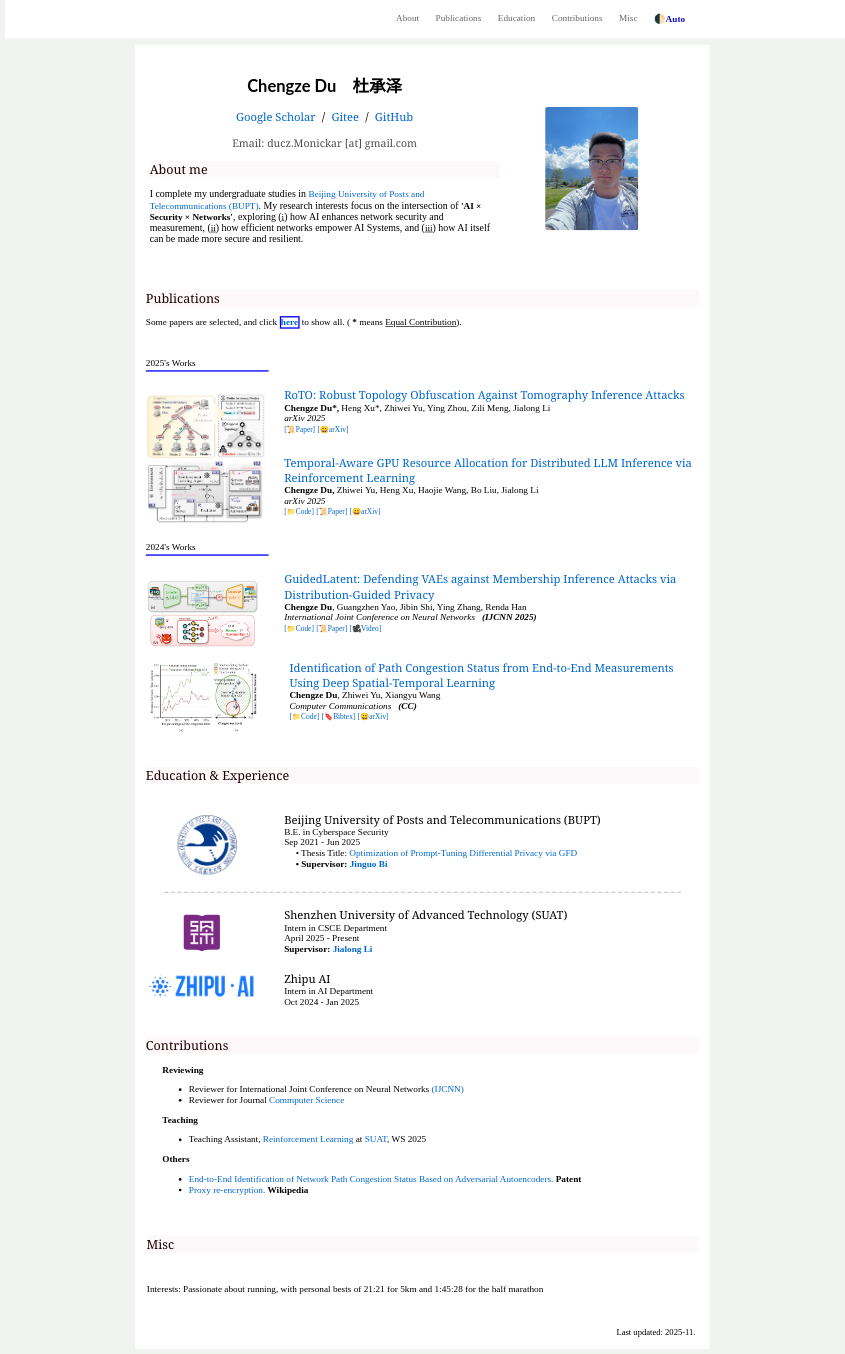
Repository: Monickar/Monickar.github.io
Page: index.html
These files come from the project's save history. The page is drawn as it stood at one moment and after the next save; the edit follows.
The browser window is 1280 px wide. The pictures show the whole page, at 66% of full size.

Above is the page before, as saved 2025-11-07 09:18:42.

### index.html
<!DOCTYPE HTML>
<html lang="en">
  <head>
    <meta http-equiv="Content-Type" content="text/html; charset=UTF-8">

    <title>Chengze's Homepage</title>

    <meta name="author" content="Chengze Du">
    <meta name="viewport" content="width=550px, initial-scale=1.0">
    <link rel="shortcut icon" href="./images/IMG_1936.JPG" type="image/x-icon" style="border-radius: 50%;"> <!-- 添加favicon 圆形-->
    <link rel="stylesheet" type="text/css" href="styles.css">
    <style>

      /* * {
        font-family: Cambria, Georgia, serif;

      } */
      * {
        font-size: 14px;

      }


    </style>
  </head>


  <body class="bodycolor">
    <!-- 导航栏 -->
    <nav class="navbar" >
      <div class="nav-container">
        <a href="#" class="nav-brand"> </a>
        <div class="nav-links">
          <a href="#about">About</a>
          <a href="#pub">Publications</a>
          <a href="#education">Education</a>
          <a href="#contributions">Contributions</a>
          <a href="#misc">Misc</a>
          <a id="darkToggle" style="color: rgb(12, 12, 193); font-weight: bolder;">Mode🌓</a>

        </div>
      </div>
    </nav>

    <!-- 原有内容开始 -->
    <table id="about" style="width:100%; background:#FFFFFF; max-width:870px;border:0px;border-spacing:0px;border-collapse:separate;margin-right:auto;margin-left:auto;"><tbody>
      <tr style="padding:0px">
        <td style="padding:0px">
          <table style="width:100%;border:0px;border-spacing:0px;border-collapse:separate;margin-right:auto;margin-left:auto;"><tbody>
            <tr style="padding:0px">
              <td style="padding:2.5%;width:60%;vertical-align:middle">

                <p class="name" style="text-align: center; font-size: 25px;">
                  Chengze Du &ensp;  杜承泽
                </p>

                <p style="text-align:center; font-size: 18px; font-family: Georgia">
                  <a href="https://scholar.google.com/citations?hl=zh-CN&user=y4ty-f4AAAAJ" class="papertitle">Google Scholar</a> &nbsp;/&nbsp;
                  <a href="https://gitee.com/monickar" class="papertitle">Gitee</a> &nbsp;/&nbsp;
                  <a href="https://github.com/Monickar" class="papertitle">GitHub</a>
                </p>

                <p style="text-align:center; font-size: 16px; font-family: Cambria; color: rgb(80, 80, 80);">
                Email: ducz.Monickar [at] gmail.com
                </p>
                <h2 class="subtitle">About me</h2>

                <p style="font-size: 15px;"> I complete my undergraduate studies in <a href="https://www.bupt.edu.cn/">Beijing University of Posts and Telecommunications (BUPT)</a>.
                  My research interests focus on the intersection of <strong>'AI <strong>×</strong> Security <strong>×</strong> Networks'</strong>, exploring (<u>i</u>) how AI enhances network security and measurement, (<u>ii</u>) how efficient networks empower AI Systems, and (<u>iii</u>) how AI itself can be made more secure and resilient.

                </p>
              </td>
              <td style="padding:5.5%; width:31%; max-width:37%; padding-top:10%;">
                <a href="https://ccfddl.com/"><img style="width:70%; max-width:70%;object-fit: cover; border-radius: 2%;" alt="profile photo" src="images/chengze.jpg" class="hoverZoomLink"></a>
              </td>
            </tr>
          </tbody></table>


      <table id="pub" style="width:100%;border:0px;border-spacing:0px;border-collapse:separate;margin-right:auto;margin-left:auto;"><tbody>
          <tr>
          <td style="padding:16px;width:100%;vertical-align:middle">
            <h2 class="subtitle">Publications</h2>
            <p>
             Some papers are selected, and click <strong><a href="FullPaperList.html" class="text-with-border">here</a></strong> to show all.
              ( <strong>*</strong> means <u>Equal Contribution</u>).
            </p>
             <!-- Some works are <span class="highlight">highlighted</span>.  -->
          </td>
        </tr>
      </tbody></table>
      <table style="width:100%;border:0px;border-spacing:0px;border-collapse:separate;margin-right:auto;margin-left:auto;"><tbody>


      <!-- 2025 分隔符 -->
      <td style="padding:16px; width:25%; vertical-align:middle; margin-top: 2px;">
        <span class="year">2025's Works</span>
        <div style="height: 2px; background-color: blue; margin-top: 2px;"></div>
      </td>

      <tr >
        <td style="padding:16px;width:25%;vertical-align:top">
          <div class="one">
            <img src="images/RoTO-1.png" class="top" alt="SecureNT alternate" width="180" height="100">
            <img src="images/RoTO-2.png" class="bottom" alt="SecureNT" style="width:180px; height:65px;">
          </div>
        </td>
        <td style="padding:8px;width:80%; vertical-align:top">
          <a href="https://arxiv.org/abs/2508.12852">
        <span class="papertitle">RoTO: Robust Topology Obfuscation Against Tomography Inference Attacks</span>
          </a>
          <br>
          <strong>Chengze Du*,</strong>
          Heng Xu*,
          Zhiwei Yu,
          Ying Zhou,
          Zili Meng,
          Jialong Li

          <br>
          <em>arXiv  2025</em>
          <br>
          <!-- <a href="" style="font-size: 0.8em;">[📁Code]</a> -->
          <a href="https://arxiv.org/pdf/2508.12852" style="font-size: 0.8em;">[📜Paper]</a>
          <a href="https://arxiv.org/abs/2508.12852" style="font-size: 0.8em;">[😀arXiv]</a>
          <p></p>
        </td>
      </tr>



      <tr >
        <td style="padding:16px;width:20%;vertical-align:top">
          <div class="one">
            <img src="images/gpu_infer_component.png" class="top" alt="SecureNT alternate" width="180" height="100">
            <img src="images/tcc_intro.png" class="bottom" alt="SecureNT" style="width:180px; height:90px;">
          </div>
        </td>
        <td style="padding:8px;width:80%; vertical-align:middle">
          <a href="https://arxiv.org/abs/2507.10259">
        <span class="papertitle">Temporal-Aware GPU Resource Allocation for Distributed LLM Inference via Reinforcement Learning</span>
          </a>
          <br>
          <strong>Chengze Du,</strong>
          Zhiwei Yu,
          Heng Xu,
          Haojie Wang,
          Bo Liu,
          Jialong Li

          <br>
          <em>arXiv  2025</em>
          <br>
          <a href="https://gitee.com/Monickar/OT4GpuInference" style="font-size: 0.8em;">[📁Code]</a>
          <a href="https://arxiv.org/pdf/2507.10259" style="font-size: 0.8em;">[📜Paper]</a>
          <a href="https://arxiv.org/abs/2507.10259" style="font-size: 0.8em;">[😀arXiv]</a>
          <p></p>

        </td>
      </tr>


      <!-- 2024 分隔符 -->
      <td style="padding:16px; width:20%; vertical-align:middle; margin-top: 2px;">
        <span class="year">2024's Works</span>
        <div style="height: 2px; background-color: blue; margin-top: 2px;"></div>
      </td>

      <tr >
        <td style="padding:16px;width:20%;vertical-align:top">
          <div class="one">
            <img src="images/anti-vae.png" class="top" alt="SecureNT alternate" width="170" height="110">
            <img src="images/vae-anti-mia.png" class="bottom" alt="SecureNT" style="width:170px; height:85px;">
          </div>
        </td>
        <td style="padding:8px;width:80%; vertical-align:top">
          <a href="">
        <span class="papertitle">GuidedLatent: Defending VAEs against Membership Inference Attacks via Distribution-Guided Privacy
          </a>
          <br>
          <strong>Chengze Du</strong>,
                  Guangzhen Yao,
                  Jibin Shi,
                  Ying Zhang,
                  Renda Han
          <br>
          <em>International Joint Conference on Neural Networks <strong>&nbsp (IJCNN 2025)</strong></em>
          <br>
          <a href="https://anonymous.4open.science/r/VAE-Anti-MIA-DB1A/README.md" style="font-size: 0.8em;">[📁Code]</a>
          <a href="./files/IJCNN_2025.pdf" style="font-size: 0.8em;">[📜Paper]</a>
          <!-- <a href="./files/" style="font-size: 0.8em;">[😀arXiv]</a> -->
          <a href="https://vimeo.com/1095995168" style="font-size: 0.8em;">[🎥Video]</a>
          <!-- <a href="https://arxiv.org/abs/2412.10762" style="font-size: 0.8em;">[📄Poster]</a> -->
          <br>
          <br>
        </td>
      </tr>




    <tr>
      <td style="padding:16px;width:20%;vertical-align:top">
          <div class="one">
            <img src="images/CC_1.png" class="top" alt="SecureNT alternate" width="170" height="110">
            <img src="images/AAE-LSTM.png" class="bottom" alt="SecureNT" style="width:170px; height:110px;">
          </div>
      </td>
      <td style="padding:16px;width:70%;vertical-align:top">
        <a href="https://www.sciencedirect.com/science/article/pii/S0140366425001513">
          <span class="papertitle">Identification of Path Congestion Status from End-to-End Measurements Using Deep Spatial-Temporal Learning</span>
        </a>
        <br>
        <strong>Chengze Du</strong>,
        Zhiwei Yu, Xiangyu Wang
        <br>
        <em>Computer Communications  &nbsp <strong>(CC)</strong> </em>
        <br>
        <a href="https://github.com/Monickar/ACS" style="font-size: 0.8em;">[📁Code]</a>
        <a href="./Bibtex/CC_NT_2025.txt" style="font-size: 0.8em;">[🔖Bibtex]</a>
        <a href="https://arxiv.org/abs/2412.10762" style="font-size: 0.8em;">[😀arXiv]</a>
      </td>
    </tr>

          </tbody></table>

          <table style="width:100%;border:0px;border-spacing:0px;border-collapse:separate;margin-right:auto;margin-left:auto;"><tbody>
            <tr>
            <td style="padding:16px;width:100%;vertical-align:middle">
              <h2 class="subtitle">Education & Experience</h2>
            </td>
          </tr>
        </tbody></table>

        <!-- 教育经历 -->
        <table id="education" style="width:100%;border:0px;border-spacing:0px;border-collapse:separate;margin-right:auto;margin-left:auto;"><tbody>

          <tr>
            <td style="padding:16px;width:25%;vertical-align:middle"> <!-- 图片设置为居中 -->
              <img src="images/bupt-logo-1.png" alt="BUPT" width="90" style="display: block; margin: 0 auto;">
            </td>
            <td style="padding:8px;width:75%;vertical-align:middle">
              <span class="papertitle">Beijing University of Posts and Telecommunications (BUPT)</span>
              <br>
              B.E. in Cyberspace Security
              <br>
              Sep 2021 - Jun 2025
              <br>
                &emsp; • Thesis Title:
                 <color="#1772D0"> <a href="https://gitee.com/Monickar/Bachelor_Thesis" >  Optimization of Prompt-Tuning Differential Privacy via GFD</a> </font>
              <br>
              <strong>
                &emsp; • Supervisor: <a href="https://scss.bupt.edu.cn/info/1063/3984.htm">Jinguo Bi</a>
              </strong>
              <p></p>
            </td>

          </tr>

          <!-- 添加虚线分隔符 -->
          <tr>
            <td colspan="2" style="padding: 10px 0">
              <div style="border-top: 2px dashed #ccc; width: 90%; margin: 0 auto;"></div>
            </td>
          </tr>

          <tr>
            <td style="padding:16px 16px 8px 16px;width:20%;vertical-align:middle">
              <img src="images/suat-logo.png" alt="Internship" width="170">
            </td>
            <td style="padding:4px 8px 4px 8px;width:80%;vertical-align:middle">
              <span class="papertitle">Shenzhen University of Advanced Technology (SUAT) </span>
              <br>
              Intern in CSCE Department
              <br>
              April 2025 - Present
              <br>
              <strong>Supervisor: <a href="https://franklee94.github.io/index.html">Jialong Li</a></strong>
            </td>
          </tr>

          <tr>
            <td style="padding:16px;width:20%;vertical-align:middle">
              <img src="images/Zhipu_AI.png" alt="Internship" width="170">
            </td>
            <td style="padding:8px;width:80%;vertical-align:middle">
              <span class="papertitle"> Zhipu AI</span>
              <br>
              Intern in AI Department
              <br>
              Oct 2024 - Jan 2025
          </tr>

        </tbody></table>

 <!-- 专利 -->

 <table id="contributions" style="width:100%;border:0px;border-spacing:0px;border-collapse:separate;margin-right:auto;margin-left:auto;"><tbody>
  <tr>
    <td style="padding:16px; width:100%; vertical-align:middle">
      <h2 class="subtitle">Contributions</h2>

      <div style="padding-left: 25px;">
        <h3>Reviewing</h3>
        <ul>
          <li>Reviewer for International Joint Conference on Neural Networks <a href="https://ijcnn2024.org/">(IJCNN) </a>  </li>
          <li>Reviewer for Journal <a href="https://www.jsjkx.com/EN/1002-137X/home.shtml"> Commputer Science </a>  </li>
        </ul>
      </div>

      <div style="padding-left: 25px;">
        <h3>Teaching</h3>
        <ul>
          <li>Teaching Assistant,<a href=""> Reinforcement Learning </a> at <a href="https://suat-sz.edu.cn/en/">SUAT</a>, WS 2025</li>

        </ul>
      </div>


      <div style="padding-left: 25px;">

        <h3>  Others</h3>
      <ul>
        <li> <a href="https://patentimages.storage.googleapis.com/00/00/00/0000000000000000000000000000000000000000000000000000000000000000.pdf"> End-to-End Identification of Network Path Congestion Status
          Based on Adversarial Autoencoders.</a> <strong>Patent</strong></li>
        <li><a href="https://zh.wikipedia.org/wiki/%E4%BB%A3%E7%90%86%E9%87%8D%E5%8A%A0%E5%AF%86">Proxy re-encryption.</a> <strong>Wikipedia</strong></li>
      </ul>
      </div>






    </td>
  </tr>
</tbody></table>



		<table style="width:100%; margin:0 auto; border:0; border-spacing:0; padding:16px;"><tbody>
            <tr>
              <td>
                <h2 class="subtitle">Misc</h2>
              </td>
            </tr>
          </tbody></table>
          <table id="misc" style="width:100%;border:0px;border-spacing:0px;border-collapse:separate;margin-right:auto;margin-left:auto;"><tbody>

        <!-- 其他内容 : Interests: Passionate about running, with personal bests of 21:21 for 5km and 1:45:28 for the half marathon-->
        <p>&emsp; Interests: Passionate about running, with personal bests of 21:21 for 5km and 1:45:28 for the half marathon</p>

          </tbody></table>
          <table style="width:100%; border:5px;border-spacing:0px;border-collapse:separate;margin-right:auto;margin-left:auto;"><tbody>
            <tr>
              <td style="padding:5px">
                <br>
                <p style="text-align:right;font-size:small;">
                  Last updated: 2025-11. &emsp;
                </p>
              </td>
            </tr>
          </tbody></table>


        </td>
      </tr>
    </table>

    <script>
    const btn = document.getElementById('darkToggle');
    const mode = localStorage.getItem('mode') || 'auto'; // 'auto', 'dark', 'light'

    function isDarkTime() {
      const hour = new Date().getHours();
      return hour >= 18 || hour < 6; // 20:00-6:00: dark time
    }

    function applyTheme() {
      const shouldBeDark = mode === 'dark' || (mode === 'auto' && isDarkTime());
      document.body.classList.toggle('dark', shouldBeDark);


      if (mode === 'auto') {
        btn.textContent = '🌓Auto';
        btn.title = 'Turn Dark';
      } else {
        btn.textContent = shouldBeDark ? '🌓Dark' : '🌓Light';
        btn.title = shouldBeDark ? 'Turn Light' : 'Turn Auto';
      }
    }

    btn.onclick = () => {
      const modes = ['light', 'auto', 'dark'];
      const idx = modes.indexOf(mode);
      const newMode = modes[(idx + 1) % 3];
      localStorage.setItem('mode', newMode);
      location.reload(); // 简单刷新应用新模式
    };

    applyTheme();
    // 每分钟检查一次时间（仅在自动模式下有用）
    if (mode === 'auto') setInterval(applyTheme, 1000000);
    </script>


  </body>
</html>

### styles.css
.name {
  padding-top: 20px;
  margin: 0;
  font-family: 'Lato', Cambria, Georgia, serif;
  font-size: 10px;
  font-weight: bold;
}

.papertitle {
  font-family: Cambria, Georgia, Helvetica, sans-serif;
  font-size: 17px;
  font-weight: 550;
}

.subtitle {
  font-family:  Georgia, Helvetica, sans-serif;
  font-size: 19px;
  font-weight: 550;
  color: #1e0202;
  background-color: rgb(253, 248, 249)
}

.bodycolor {
  background-color: #e7eae590;
}

a {
    color: #0066cc; /* 设置链接颜色为蓝色 */
    text-decoration: none;
}

a:focus,

a:hover {
    text-decoration: underline;
    color: #f09228;
}

.text-with-border {
border: 2px solid blue; /* 边框宽度为 2px，样式为实线，颜色为蓝色 */
}
/* 导航栏样式 */
.navbar {
  background-color: #ffffff;
  padding: 15px 0;
  border-bottom: 1px solid #eee;
  position: fixed;
  top: 0;
  width: 100%;
  z-index: 1000;
}

.nav-container {
  max-width: 800px;
  margin: 0 auto;
  display: flex;
  justify-content: space-between;
  align-items: center;
}

.nav-brand {
  font-size: 1.5em;
  font-weight: bold;
  color: #333;
  text-decoration: none;
}

.nav-links {
  display: flex;
  gap: 20px;
}

.nav-links a {
  color: #666;
  text-decoration: none;
  padding: 5px 10px;
  transition: color 0.3s ease;
}

.nav-links a:hover {
  color: #1772D0;
}

/* 为了防止内容被导航栏遮挡 */
body {
  padding-top: 60px;
}

/* 修改图片切换相关的样式 */
.one {
  position: relative;
  display: inline-block;
}

.one img {
  position: absolute;
  left: 0;
  top: 0;
  transition: opacity 0.2s ease-in-out;
}

.one img.bottom {
  z-index: 1;
  position: relative;
}

.one img.top {
  z-index: 2;
}

.one:hover img.top {
  opacity: 0;
}

.hidden-link {
  color: inherit;
  text-decoration: none;
  cursor: default;
}

.hidden-link:hover {
  color: inherit;
  text-decoration: none;
}

body {
  font-size: 15px; /* 默认大小，可修改为所需值 */
}

body.dark {
  background: #1a1a1a !important;
  color: #e0e0e0 !important;
}

body.dark .navbar,
body.dark table {
  background: #2d2d2d !important;
}

body.dark a {
  color: #66b3ff !important;
}

body.dark .nav-links a {
  color: #b0b0b0 !important;
}

body.dark .nav-links a:hover {
  color: #66b3ff !important;
}

body.dark .papertitle {
  color: #66b3ff !important;
}

body.dark .year {
  color: #66b3ff !important;
}

body.dark .subtitle {
  color: #eae4e4 !important;
  background-color: #3a3a3a !important;
}

.navbar {
  width: 100%; /* 占满屏幕宽度 */
}
.nav-container {
  display: flex;
  justify-content: space-between; /* 内容左右分布 */
  align-items: center;

}

.nav-links {
  display: flex;
  gap: 5px; /* 链接间添加间隔 */
}

.bordered-text {
  border: 2px solid #000; /* 2px 粗细, 实线, 黑色 */
}

After the next save:
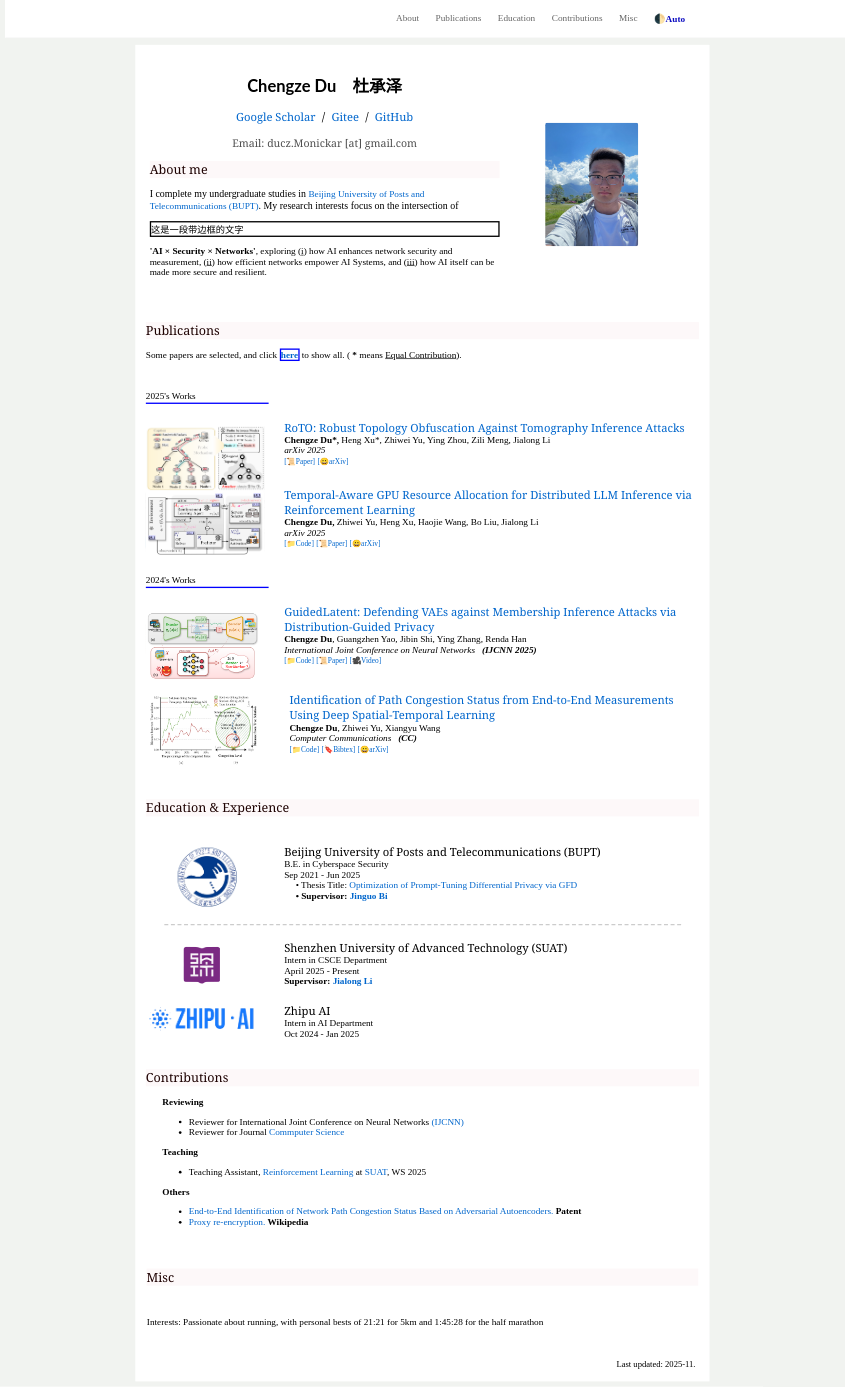
Saved 31 s later.
--- a/index.html
+++ b/index.html
@@ -66,7 +66,7 @@
                 <h2 class="subtitle">About me</h2>
 
                 <p style="font-size: 15px;"> I complete my undergraduate studies in <a href="https://www.bupt.edu.cn/">Beijing University of Posts and Telecommunications (BUPT)</a>.
-                  My research interests focus on the intersection of <strong>'AI <strong>×</strong> Security <strong>×</strong> Networks'</strong>, exploring (<u>i</u>) how AI enhances network security and measurement, (<u>ii</u>) how efficient networks empower AI Systems, and (<u>iii</u>) how AI itself can be made more secure and resilient.
+                  My research interests focus on the intersection of<p class="bordered-text">这是一段带边框的文字</p> <strong>'AI <strong>×</strong> Security <strong>×</strong> Networks'</strong>, exploring (<u>i</u>) how AI enhances network security and measurement, (<u>ii</u>) how efficient networks empower AI Systems, and (<u>iii</u>) how AI itself can be made more secure and resilient.
 
                 </p>
               </td>
